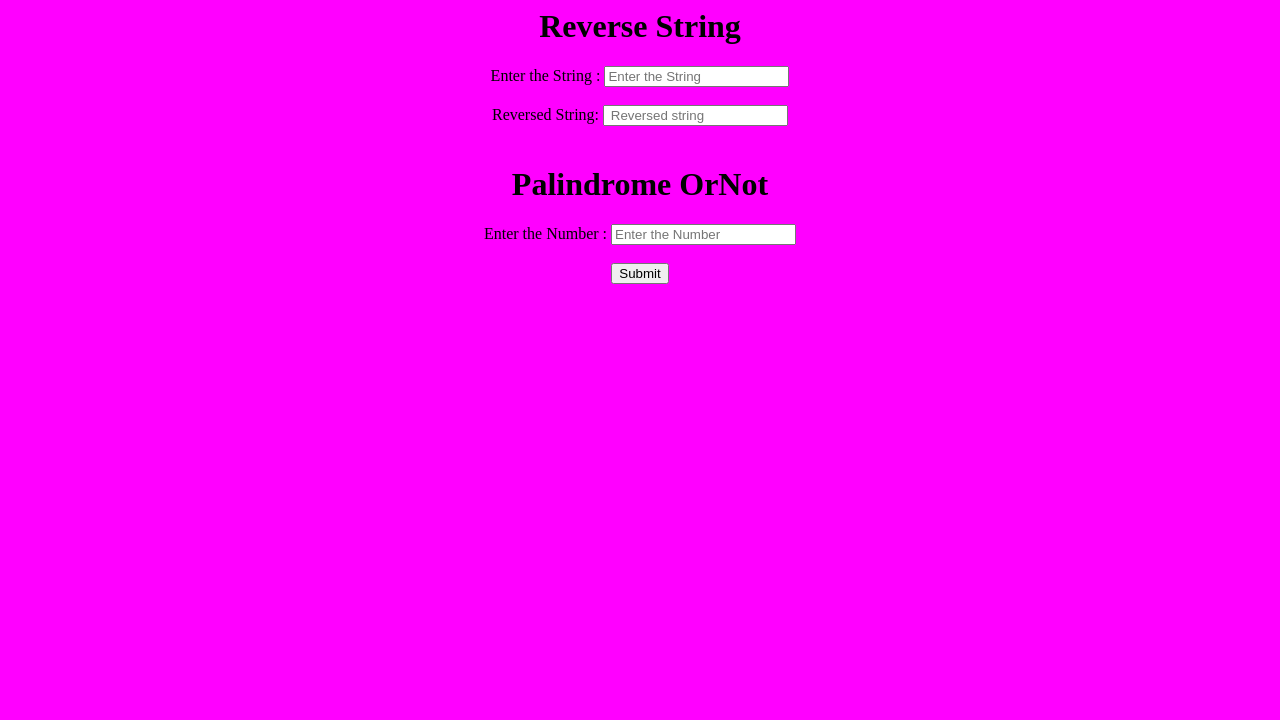
Repository: thatipallyvinod/AdvanceJava
Page: JAVASCRIPT/src/main/webapp/jsp.html
An editor plug-in stored every save of this project. The page is shown before and after the next save, followed by the edit.
The browser window is 1280 px wide. The pictures show the whole page.

Above is the page before, as saved 2024-03-25 06:30:06.

After the next save:
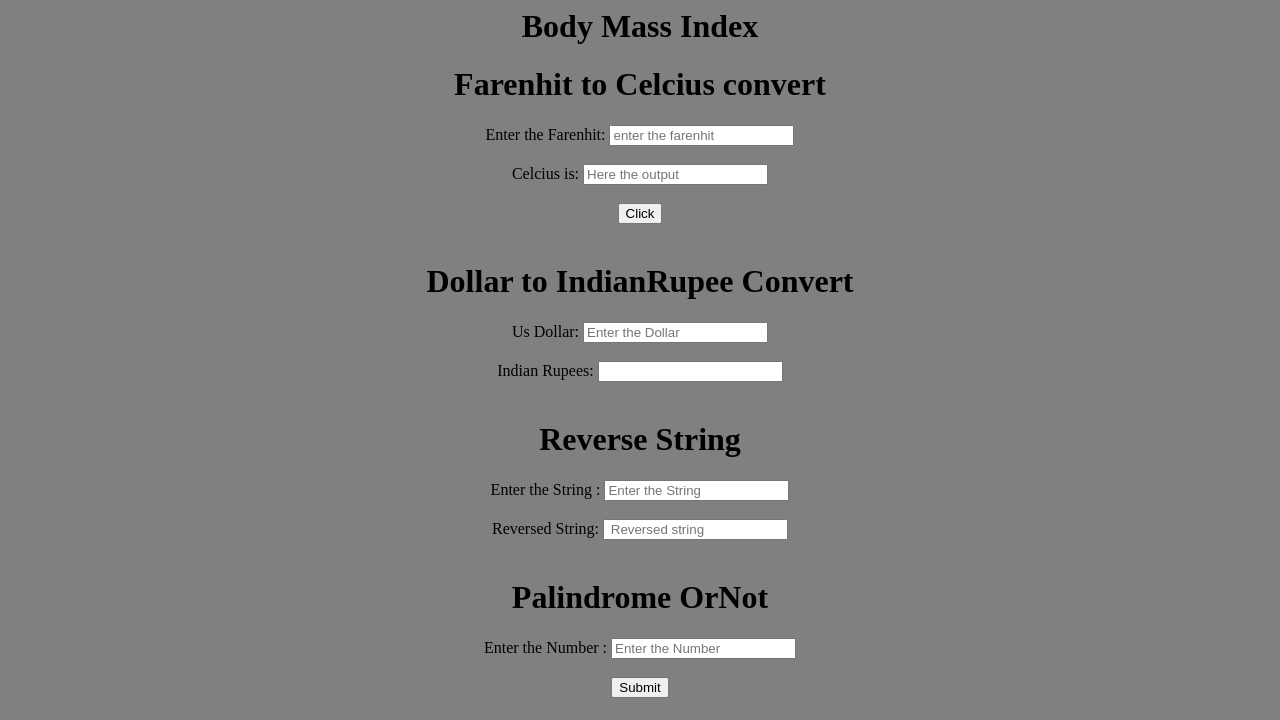
Saved 18 s later.
--- a/JAVASCRIPT/src/main/webapp/jsp.html
+++ b/JAVASCRIPT/src/main/webapp/jsp.html
@@ -1,4 +1,4 @@
-<!-- <html>
+ <html>
 <head>
 <title> JavaScript with HTML</title>
 <script type="text/javascript" src="First.js"></script>
@@ -45,7 +45,7 @@
 <br><br>
 </form>
 </body>
-</html>-->
+</html>
 
 
 <html>
